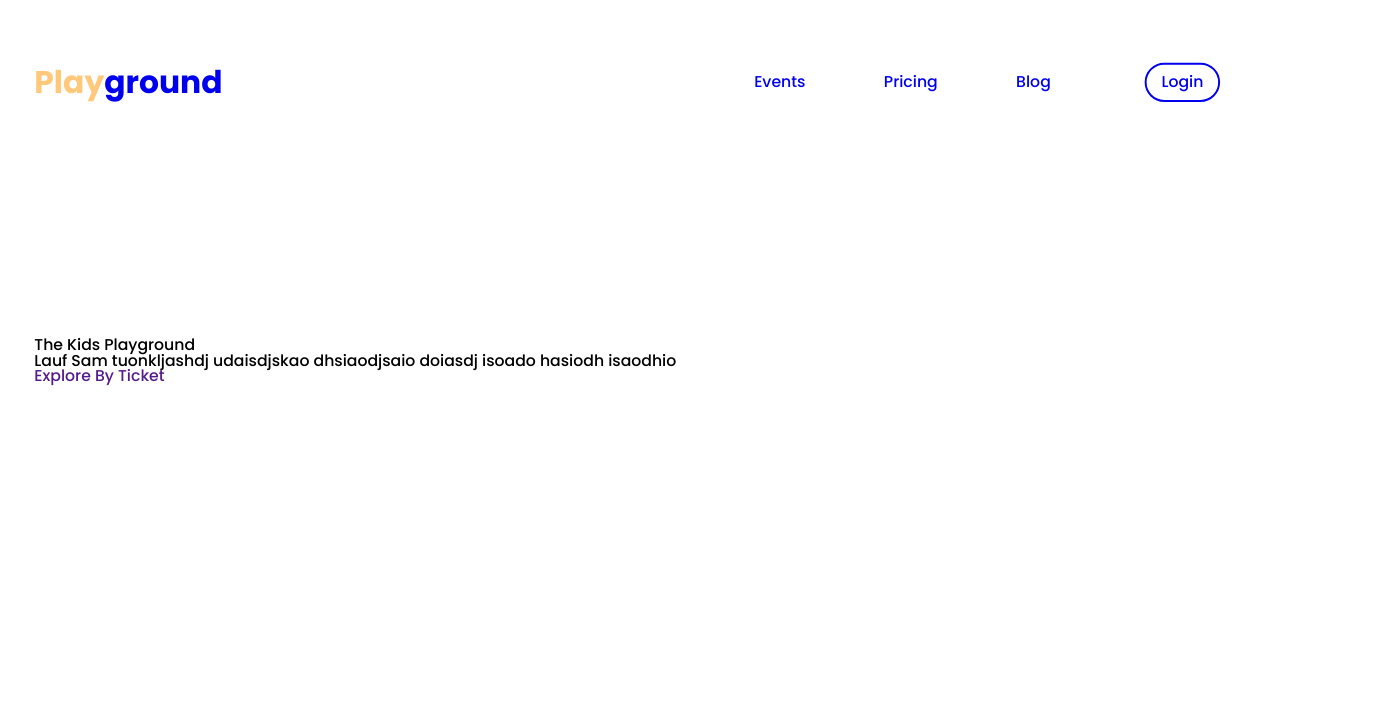
Repository: lausamtuong/Cut-psd-to-html
Page: index.html
An editor plug-in stored every save of this project. The page is shown before and after a run of saves, followed by the edit.
The browser window is 1280 px wide. The page is 1280 px wide, then 1426 px, so the pictures cover 1426 px, including what lies to the right of the window. The pictures show the whole page, at 98% of full size.
The style sheet was rebuilt from its Sass, Less or Tailwind sources for each picture, by a compiler version that may differ from the author's.

Above is the page before, as saved 2021-12-06 15:26:06.

### index.html
<!DOCTYPE html>
<html lang="en">
<head>
    <meta charset="UTF-8">
    <meta http-equiv="X-UA-Compatible" content="IE=edge">
    <meta name="viewport" content="width=device-width, initial-scale=1.0">

    <title>Document</title>
    <link rel="stylesheet" href="style.css">
    <link rel="stylesheet" href="reset.css">
    <link href="https://fonts.googleapis.com/css2?family=Lato:ital,wght@1,700;1,900&family=Poppins:wght@300;500;700&display=swap" rel="stylesheet">

</head>
<body>
    <div class="wrapper">
        <header class="header">
            <div class="container header__iner">
                <a href="index.html" class="logo">
                    <span class="logo__text">Play</span>ground
                </a>
                <nav class="header__menu">
                    <ul class="header__menu-list">
                        <li class="header__menu-item">
                            <a href="#" class="header__menu-link">Events</a>
                        </li>
                        <li class="header__menu-item">
                            <a href="#" class="header__menu-link">Pricing</a>
                        </li>
                        <li class="header__menu-item">
                            <a href="#" class="header__menu-link">Blog</a>
                        </li>
                        <li class="header__menu-item">
                            <a href="#" class="header__menu-link header__menu-login">Login</a>
                        </li>
                    </ul>
                </nav>
            </div>
        </header>
        <section class="banner">
            <div class="container">
                <h1 class="banner__headding">
                    The Kids Playground
                </h1>
                <p class="banner__decs">Lauf Sam tuonkljashdj udaisdjskao dhsiaodjsaio doiasdj isoado hasiodh isaodhio</p>
                <div class="banner__buttons">
                    <a href="" class="btn">Explore</a>
                    <a href="" class="btn">By Ticket</a>
                </div>
            </div>
        </section>
    </div>
</body>
</html>

### reset.css
/* http://meyerweb.com/eric/tools/css/reset/
   v2.0 | 20110126
   License: none (public domain)
*/

html, body, div, span, applet, object, iframe,
h1, h2, h3, h4, h5, h6, p, blockquote, pre,
a, abbr, acronym, address, big, cite, code,
del, dfn, em, img, ins, kbd, q, s, samp,
small, strike, strong, sub, sup, tt, var,
b, u, i, center,
dl, dt, dd, ol, ul, li,
fieldset, form, label, legend,
table, caption, tbody, tfoot, thead, tr, th, td,
article, aside, canvas, details, embed,
figure, figcaption, footer, header, hgroup,
menu, nav, output, ruby, section, summary,
time, mark, audio, video {
	margin: 0;
	padding: 0;
	border: 0;
	font-size: 100%;
	font: inherit;
	vertical-align: baseline;
    font-family: "Poppins",sans-serif;
}
/* HTML5 display-role reset for older browsers */
article, aside, details, figcaption, figure,
footer, header, hgroup, menu, nav, section {
	display: block;
}
body {
	line-height: 1;
}
ol, ul {
	list-style: none;
}
blockquote, q {
	quotes: none;
}
blockquote:before, blockquote:after,
q:before, q:after {
	content: '';
	content: none;
}
table {
	border-collapse: collapse;
	border-spacing: 0;
}

### style.scss
$primary-color:#ffc87a;
$text-color:#551a8b;
a{
    text-decoration: none;
}
.container{
    padding: 0 20px;
    max-width: 1210px;
    margin: 0 auto;

}
.header{
    padding-top: 4rem;
    &__iner{
        display: flex;
        justify-content:space-between;
        align-items: center;

    }
    &__menu{
        &-list{
        display: flex;
        align-items: center;
        }
        &-item{
            margin-left: 5rem;
            &:last-child{
                margin-left: 6rem;
            }
        }
        &-link{
            font-size: 16px;
            &:hover{
                color:$primary-color;
                transition:  0.3s linear;
            }
        }
        &-login{
            padding: 10px 15px;
            display:inline-block;
            border:2px solid;
            border-radius: 100rem;
        }
    }
}
.logo{
font-size: 2rem;
font-weight: 600;
&:focus{
    color: $text-color;
}
&__text{
    color:$primary-color
}
}
.banner{
    padding-top:15rem;
}

After the next 8 saves:
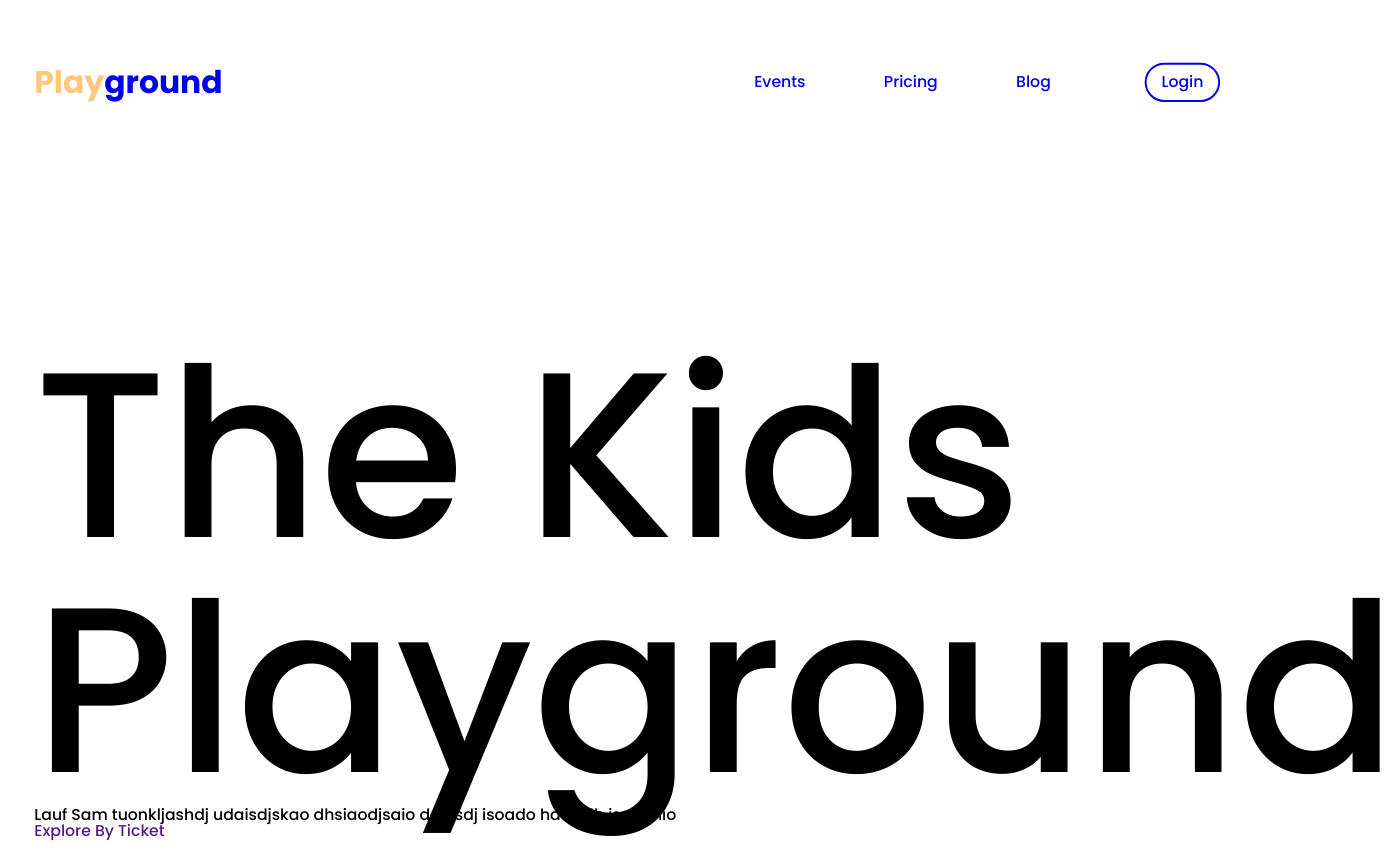
The 8 saves are shown as one change because they came seconds apart.
The last was saved 22 s later.
--- a/style.scss
+++ b/style.scss
@@ -55,4 +55,7 @@
 }
 .banner{
     padding-top:15rem;
+    &__headding{
+        font-size: 15rem;
+    }
 }
